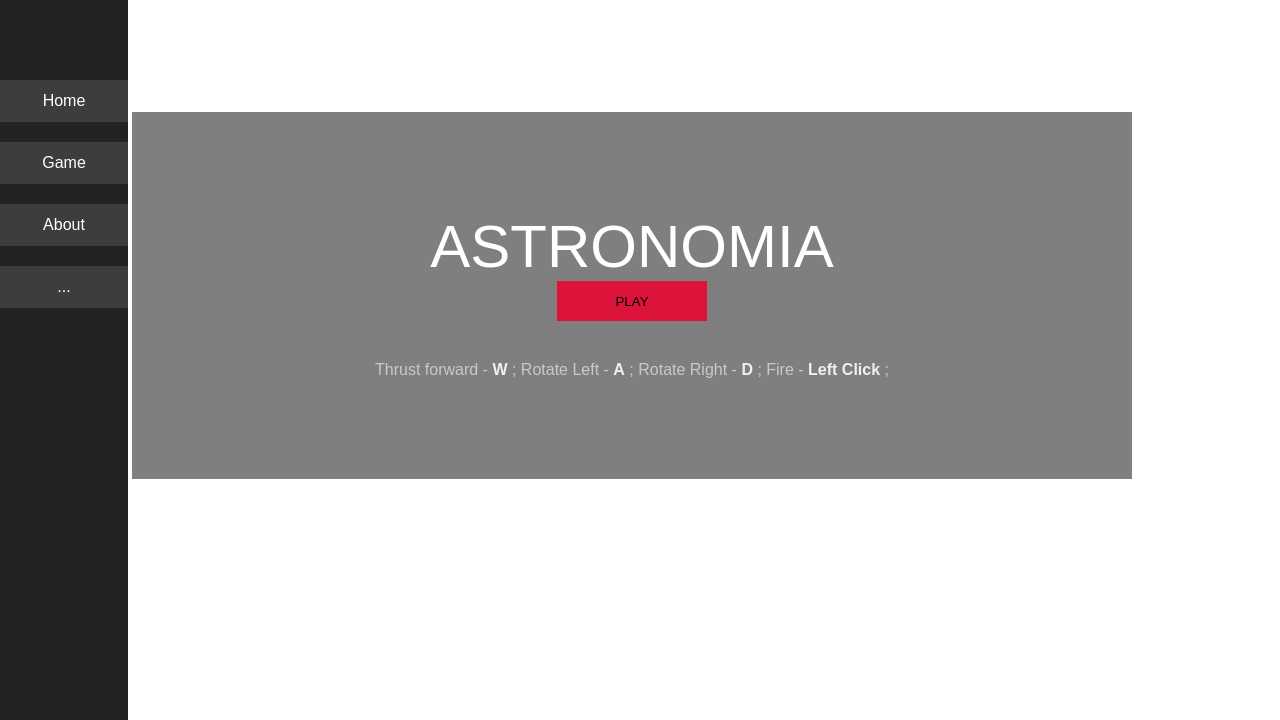
Repository: LaukiniXs/astronomia
Page: index.html
These files come from the project's save history. The page is drawn as it stood at one moment and after the next save; the edit follows.
The browser window is 1280 px wide. The pictures show the whole page.

Above is the page before, as saved 2020-05-18 13:50:39.
Not found: index.ts

### index.html
<html>
	<head>
	<meta charset="UTF-8">
		<title>Fully fledged page</title>
			<link rel="stylesheet" type="text/css" href="style.css">

	</head>
	<body>
		<div id="sidebar">
		<button class="button" style="height:42px; margin-top: 80px;"><a href="">Home</a></button>
		<button class="button" style="height:42px;"><a href="">Game</a></button>
		<button class="button" style="height:42px;"><a href="">About</a></button>
		<button class="button" style="height:42px;"><a href="">...</a></button>
		</div>
		<div id="clearFloat"></div>
		<div id="gamediv">
			<div id="splash">
				<p id="title">ASTRONOMIA</p>
				<button id="play-btn">PLAY</button>
				<p id="controls"> Thrust forward - <span class="controlBtn">W</span> ;
					Rotate Left - <span class="controlBtn">A</span> ;
					Rotate Right - <span class="controlBtn">D</span> ;
					Fire - <span class="controlBtn">Left Click</span> ;</p>
			</div>
			<div class="clearFloat"></div>
			<div id="gameover">
				<p id="gameoverText">Game Over</p>
				<p id="tip">Refresh the page to try again</p>
			</div>
			<div id="log"></div>
			<audio id="backgroundMusic" src="./audio/backgroundMusic.mp3" preload loop></audio>
			<script id="game" src="./index.ts"></script>
		</div>
	</body>

</html>

### style.css
* {
    margin: 0px;
    padding: 0px;
    font-family: Arial, Helvetica, sans-serif;
}
#sidebar {
    float: left;
    background-color:#242322;
    width: 10%;
    height: 100%;
}
.button {
  user-select: none;
  float: left;
    border: 0;
    background: #3d3d3d;
    color: white;
    font-family: Arial, Helvetica, sans-serif;
    font-size: 16px;
    line-height: 18px;
    white-space: nowrap;
    text-decoration: none;
    width: 100%;
    margin: 10px 0;
    cursor: pointer;
  }
  .floatRight{
    float: right;

  }
  .clearFloat{
    clear: both;
  }
  a {
   text-decoration: none;
    color: white;
  }
  #contents{
    word-wrap: break-word;
    float: left;
    width: 40%;
    height: 100%;
    background-color: violet;
  }
  .contentText{
    margin: 50px 10px;
    font-size: 20px;
  }
  #splash {
    user-select: none;
    float: left;
    margin: 0 2px;
    z-index: 10;
    position: absolute;
    background: rgba(0, 0, 0, 0.5);
    width: 1000px;
    padding: 100px 0;
    text-align: center;
}

#play-btn {
    width: 150px;
    height: 40px;
    background-color: crimson;
    border: 0px;
}

#title {
    color: white;
    font-size: 60px;
    font-family: Arial, Helvetica, sans-serif;
}

#controls {
    color: #c9c9c9;
    font-family: Arial, Helvetica, sans-serif;
    padding-top: 40px;
}

.controlBtn {
    font-weight: bold;
    color: #f0f0f0;
}

#gameover {
  float: left;
  width: 1000px;
  height: 580px;
    display: none;
    color: white;
    position: absolute;
    background: rgba(0, 0, 0, 0.5);
    width: 1000px;
    text-align: center;
    font-size: 60px;
    font-family: Arial, Helvetica, sans-serif;
}
#tip{
    font-size: 20px;
    font-family: Arial, Helvetica, sans-serif;
}
#game{
  margin-top: 30px;
  float: left;
}
#gamediv{
  margin-top: 12px;
  margin-left: 2px;
float: left;
}
#log{
  float: left;
}
#gameoverText{
  margin-top: 200px;
}
#splash{
  margin-top: 100px;
}

After the next save:
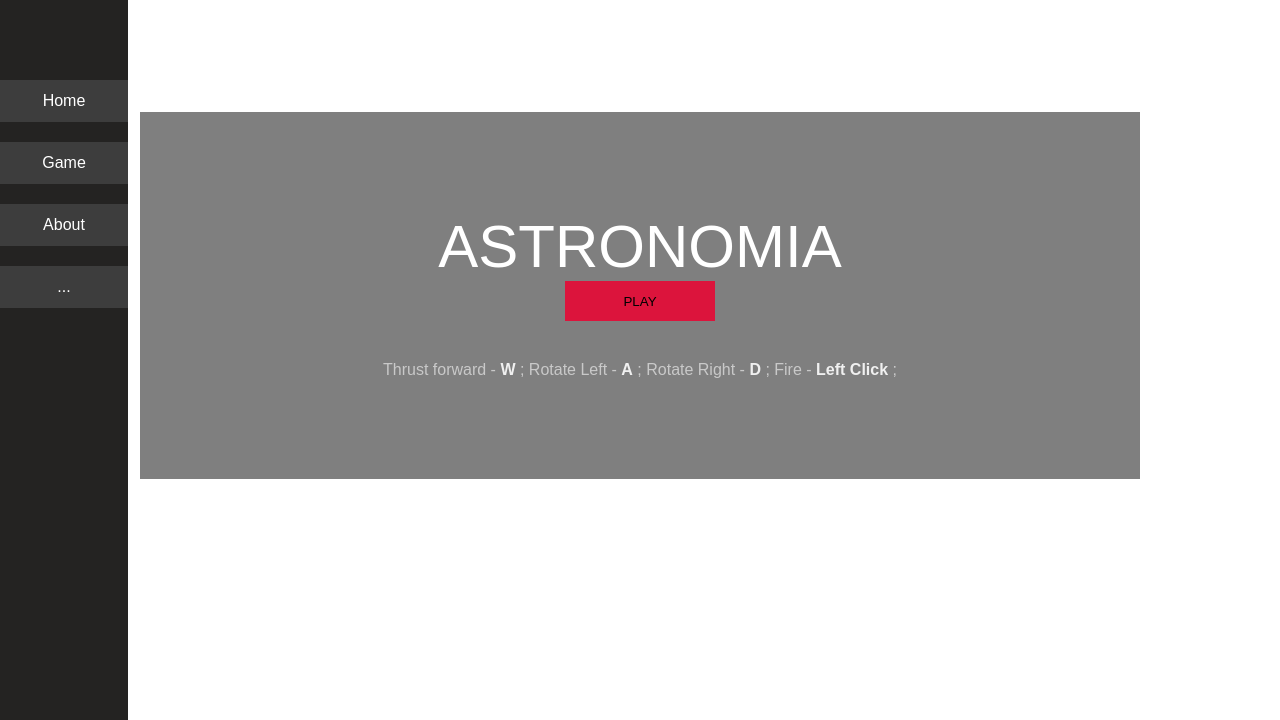
Saved 27 s later.
--- a/style.css
+++ b/style.css
@@ -105,7 +105,7 @@
 }
 #gamediv{
   margin-top: 12px;
-  margin-left: 2px;
+  margin-left: 10px;
 float: left;
 }
 #log{
